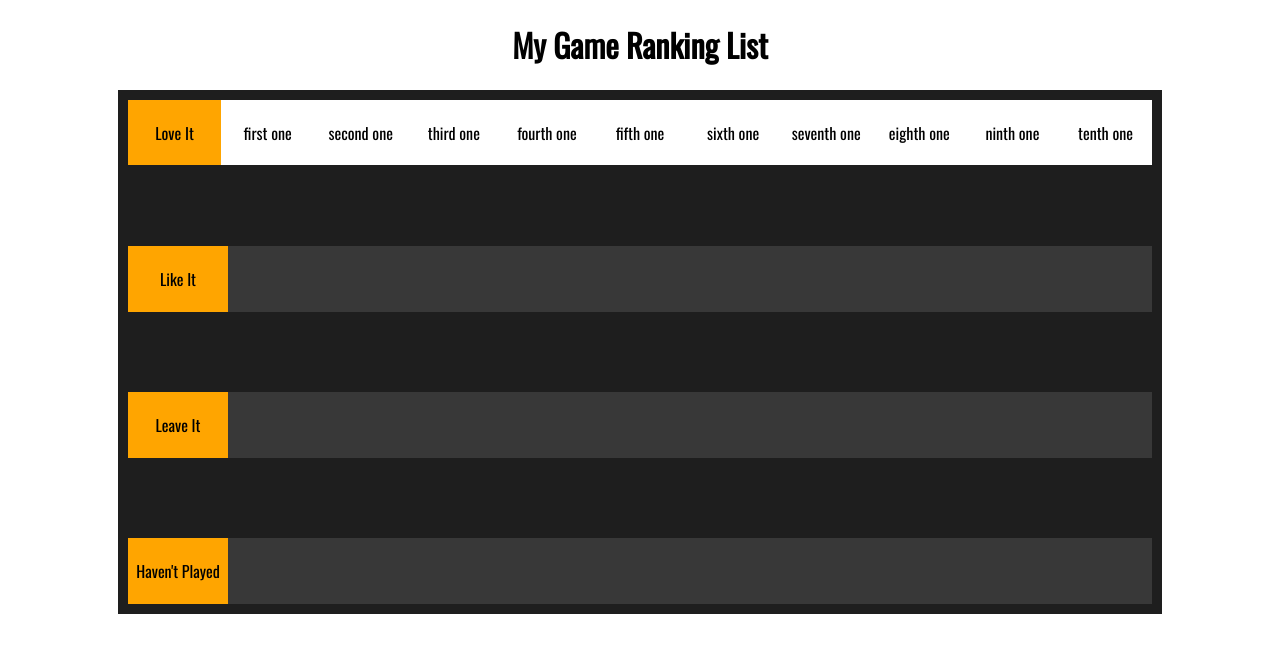
Repository: akiachenise/akiachenise.github.io
Page: JackboxGames_TierList_vanilla/index.html
An editor plug-in stored every save of this project. The page is shown before and after the next save, followed by the edit.
The browser window is 1280 px wide. The pictures show the whole page.

Above is the page before, as saved 2022-11-26 14:45:40.

After the next save:
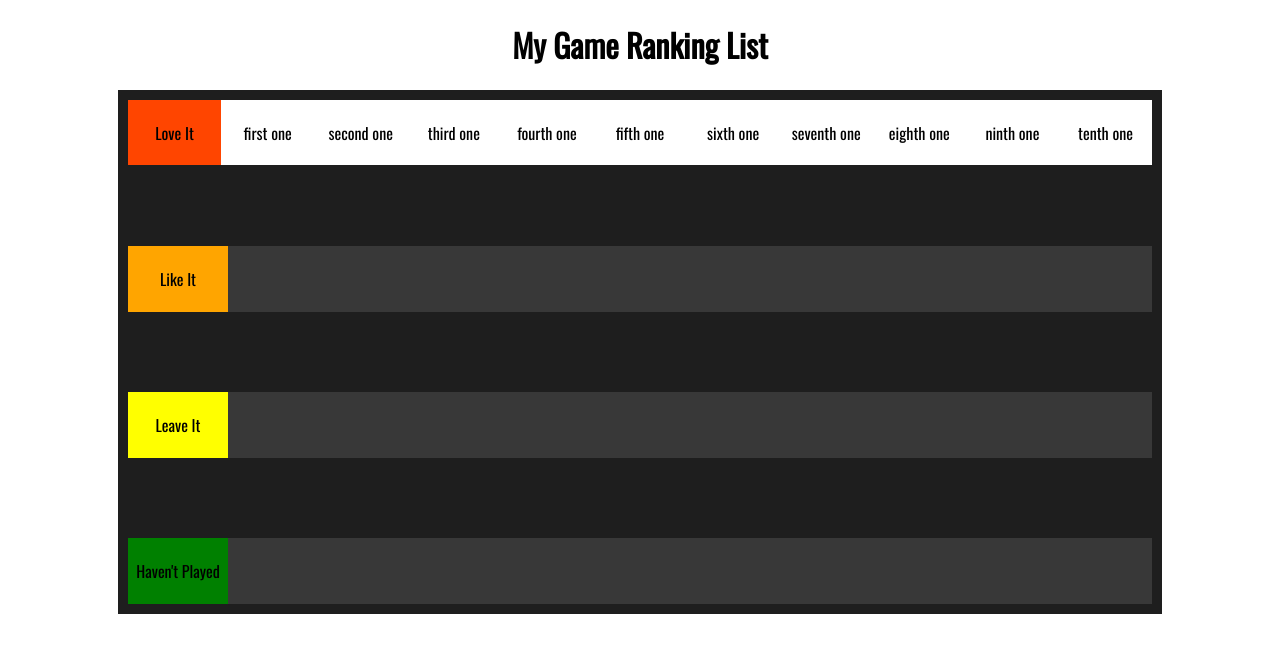
Saved 55 min 20 s later.
--- a/JackboxGames_TierList_vanilla/js/rows.js
+++ b/JackboxGames_TierList_vanilla/js/rows.js
@@ -1,18 +1,21 @@
 const rows = document.querySelectorAll('.row');
+const colorRanks = ['orangered', 'orange', 'yellow', 'green'];
 
 const onDragOver = (event) => {
     event.preventDefault();
 }
 
 const onDrop = (event) => {
-    event.preventDefault();
+   event.preventDefault();
    const draggedCardId = event.dataTransfer.getData('id');
    const draggedCard = document.getElementById(draggedCardId);
    event.target.appendChild(draggedCard);
    console.log('dropped the element');
 }
 
-rows.forEach((row) => {
+rows.forEach((row, index) => {
+    const label = row.querySelector('.label');
+    label.style.backgroundColor = colorRanks[index];
     row.ondragover = onDragOver;
     row.ondrop = onDrop;
 })

After the save that followed:
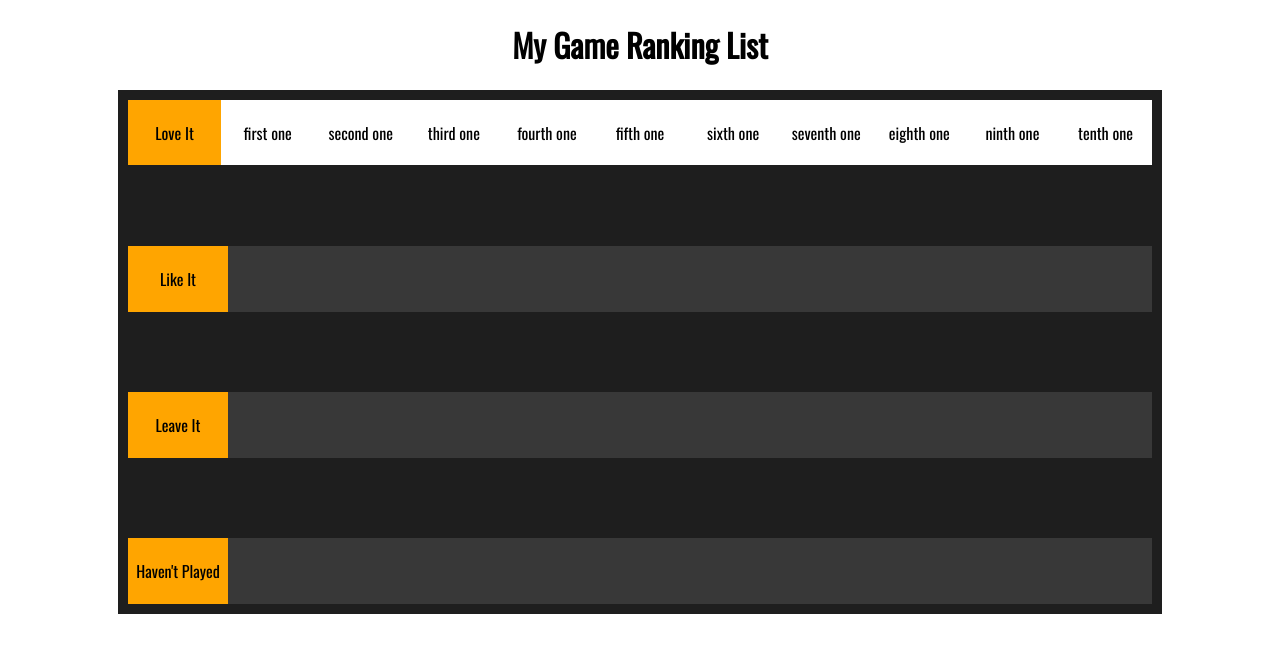
Console error: ReferenceError: rgb is not defined
Saved 7 min 43 s later.
--- a/JackboxGames_TierList_vanilla/js/rows.js
+++ b/JackboxGames_TierList_vanilla/js/rows.js
@@ -1,5 +1,5 @@
 const rows = document.querySelectorAll('.row');
-const colorRanks = ['orangered', 'orange', 'yellow', 'green'];
+const colorRanks = [rgb(255, 127, 127), rgb(255, 191, 127), rgb(255, 223, 127) , rgb(191, 255, 127)];
 
 const onDragOver = (event) => {
     event.preventDefault();
